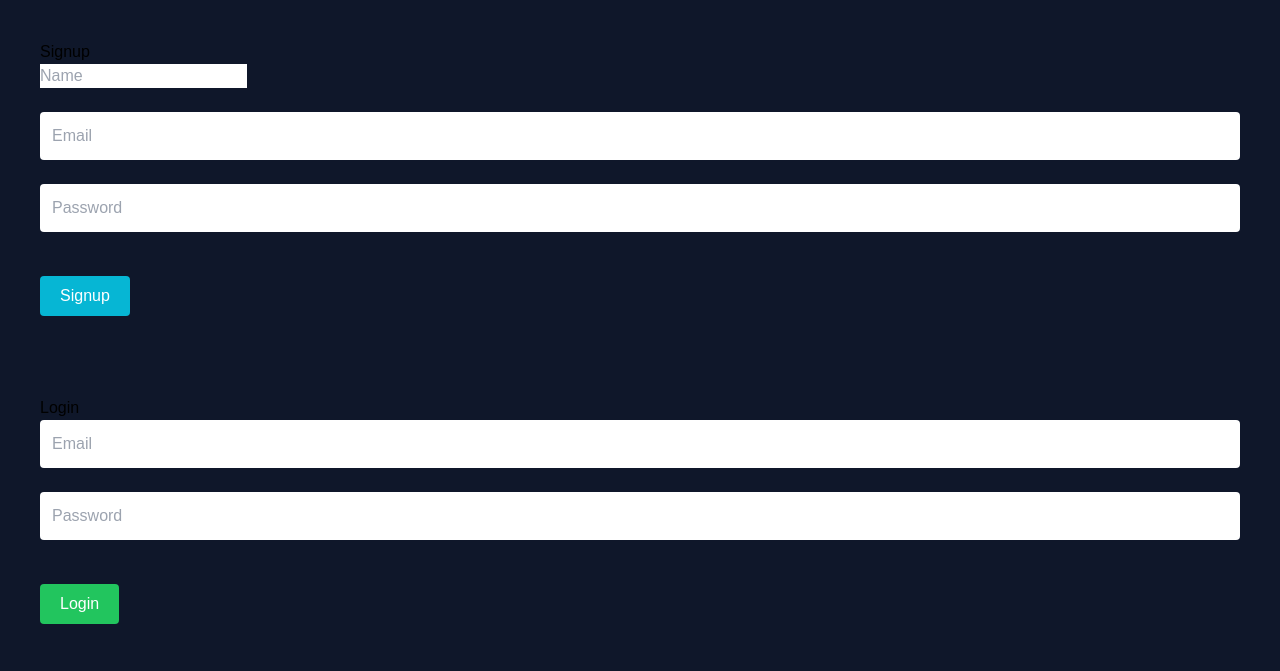
Repository: codelearnAayush/AI-Security-Monitoring-Platform
Page: / (app in frontend/)
These files come from the project's save history. The page is drawn as it stood at one moment and after the next save; the edit follows.
The browser window is 1280 px wide. The pictures show the whole page.
The project was rebuilt for these pictures with package versions that can differ from the ones it lists, and the page was loaded fresh each time. Also part of the build but not shown: frontend/vite.config.js, frontend/src/components/ThreatCard.jsx, frontend/src/components/UrlScanner.jsx, frontend/src/components/Dashboard.jsx.

Above is the page before, as saved 2026-05-28 15:05:14.

### frontend/src/App.jsx
import Login from './pages/Login'
import Signup from './pages/Signup'
import Dashboard from './components/Dashboard'

function App() {

    const token = localStorage.getItem('token')

    return (

        <div>

            {
                token ? (

                    <Dashboard />

                ) : (

                    <div>

                        <Signup />

                        <Login />

                    </div>
                )
            }

        </div>
    )
}

export default App

### frontend/src/index.css
@tailwind base;
@tailwind components;
@tailwind utilities;

body {
    background-color: #0f172a;
    /* color: white; */
    font-family: Arial, sans-serif;
}

### frontend/src/pages/Login.jsx
import { useState } from 'react'
import axios from 'axios'

function Login() {

    const [email, setEmail] = useState('')
    const [password, setPassword] = useState('')

  const handleLogin = async () => {

    try {

        const response = await API.post(
            '/login',
            {
                email,
                password
            }
        )
  console.log(response.data)
        localStorage.setItem(
            'token',
            response.data.token
        )

        alert('Login Successful')

        window.location.reload()

    } catch (error) {

    console.log(error)

    console.log(error.response)

    console.log(error.response.data)

    alert('Login Failed')
}
}
    return (

        <div style={{ padding: '40px' }}>

            <h1>Login</h1>

           <input
    type="text"
    placeholder="Email"
    onChange={(e) => setEmail(e.target.value)}
    className="w-full p-3 rounded bg-white text-black"
/>
            <br /><br />

           <input
    type="password"
    placeholder="Password"
    onChange={(e) => setPassword(e.target.value)}
    className="w-full p-3 rounded bg-white text-black"
/>

            <br /><br />

           <button
    onClick={handleLogin}
    className="bg-green-500 text-white px-5 py-2 rounded mt-5"
>
    Login
</button>

        </div>
    )
}

export default Login

### frontend/src/pages/Signup.jsx
import { useState } from 'react'
import axios from 'axios'

function Signup() {

    const [name, setName] = useState('')
    const [email, setEmail] = useState('')
    const [password, setPassword] = useState('')
const handleSignup = async () => {

    try {

        await axios.post(
            'http://localhost:5000/signup',
            {
                name,
                email,
                password
            }
        )

        alert('Signup Successful')

    } catch (error) {

        alert('Signup Failed')
    }
}

    return (

        <div style={{ padding: '40px' }}>

            <h1>Signup</h1>

            <input
                placeholder="Name"
                onChange={(e) => setName(e.target.value)}
            />

            <br /><br />

            <input
    type="text"
    placeholder="Email"
    onChange={(e) => setEmail(e.target.value)}
    className="w-full p-3 rounded bg-white text-black"
/>

            <br /><br />

            <input
    type="password"
    placeholder="Password"
    onChange={(e) => setPassword(e.target.value)}
    className="w-full p-3 rounded bg-white text-black"
/>

            <br /><br />

            <button
    onClick={handleSignup}
    className="bg-cyan-500 text-white px-5 py-2 rounded mt-5"
>
    Signup
</button>

        </div>
    )
}

export default Signup

### frontend/tailwind.config.js
/** @type {import('tailwindcss').Config} */
export default {

  content: [
    "./index.html",
    "./src/**/*.{js,ts,jsx,tsx}",
  ],

  theme: {
    extend: {},
  },

  plugins: [],
}

### frontend/src/services/api.js
import axios from 'axios'

const API = axios.create({
    baseURL: 'http://localhost:5000'
})

export default API

Loaded but not shown: frontend/src/main.jsx (common file)

After the next save:
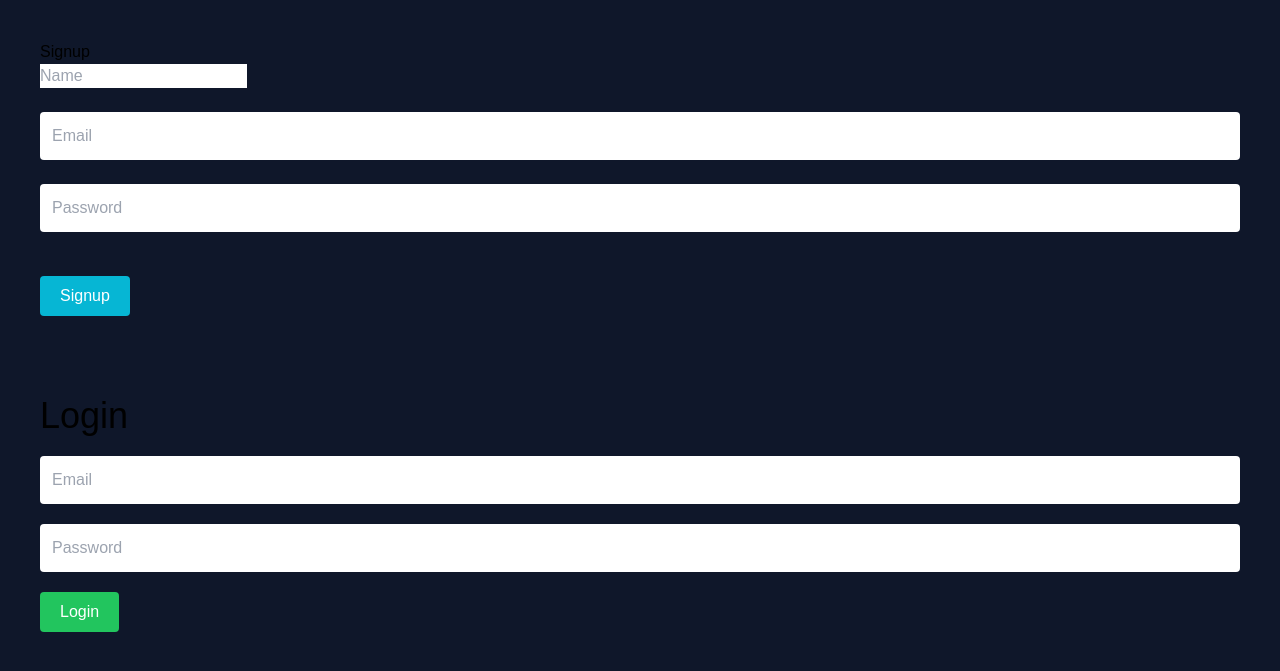
Saved 2 min 41 s later.
--- a/frontend/src/pages/Login.jsx
+++ b/frontend/src/pages/Login.jsx
@@ -1,72 +1,72 @@
 import { useState } from 'react'
-import axios from 'axios'
+
+import API from '../services/api'
 
 function Login() {
 
     const [email, setEmail] = useState('')
+
     const [password, setPassword] = useState('')
 
-  const handleLogin = async () => {
+    const handleLogin = async () => {
 
-    try {
+        try {
 
-        const response = await API.post(
-            '/login',
-            {
-                email,
-                password
-            }
-        )
-  console.log(response.data)
-        localStorage.setItem(
-            'token',
-            response.data.token
-        )
+            const response = await API.post(
+                '/login',
+                {
+                    email,
+                    password
+                }
+            )
 
-        alert('Login Successful')
+            console.log(response.data)
 
-        window.location.reload()
+            localStorage.setItem(
+                'token',
+                response.data.token
+            )
 
-    } catch (error) {
+            alert('Login Successful')
 
-    console.log(error)
+            window.location.reload()
 
-    console.log(error.response)
+        } catch (error) {
 
-    console.log(error.response.data)
+            console.log(error)
 
-    alert('Login Failed')
-}
-}
+            alert('Login Failed')
+        }
+    }
+
     return (
 
-        <div style={{ padding: '40px' }}>
+        <div className="p-10">
 
-            <h1>Login</h1>
+            <h1 className="text-4xl mb-5">
+                Login
+            </h1>
 
-           <input
-    type="text"
-    placeholder="Email"
-    onChange={(e) => setEmail(e.target.value)}
-    className="w-full p-3 rounded bg-white text-black"
-/>
-            <br /><br />
+            <input
+                type="email"
+                placeholder="Email"
+                onChange={(e) => setEmail(e.target.value)}
+                className="w-full p-3 rounded bg-white text-black mb-5"
+            />
 
-           <input
-    type="password"
-    placeholder="Password"
-    onChange={(e) => setPassword(e.target.value)}
-    className="w-full p-3 rounded bg-white text-black"
-/>
+            <input
+                type="password"
+                placeholder="Password"
+                onChange={(e) => setPassword(e.target.value)}
+                className="w-full p-3 rounded bg-white text-black mb-5"
+            />
 
-            <br /><br />
-
-           <button
-    onClick={handleLogin}
-    className="bg-green-500 text-white px-5 py-2 rounded mt-5"
->
-    Login
-</button>
+            <button
+                onClick={handleLogin}
+                className="bg-green-500 text-white px-5 py-2 rounded"
+            >
+                Login
+            </button>
 
         </div>
     )
